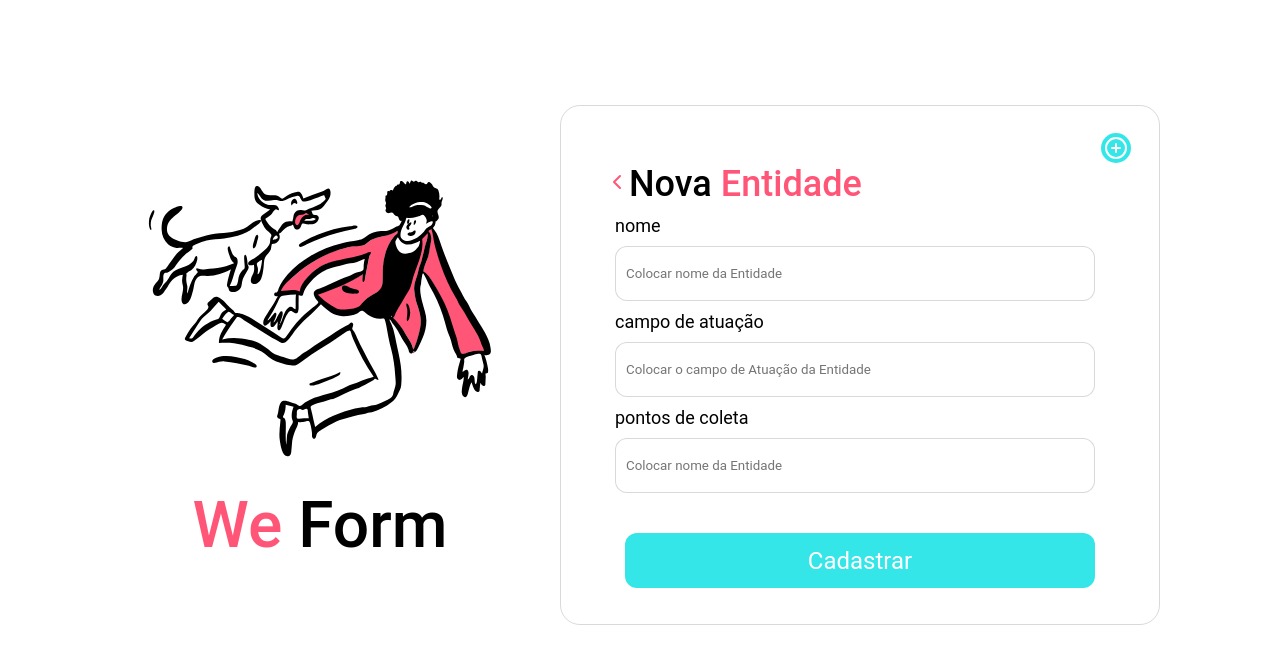
Repository: guilhermecardoso93/we-form
Page: nova-entidade.html
An editor plug-in stored every save of this project. The page is shown before and after the next save, followed by the edit.
The browser window is 1280 px wide. The pictures show the whole page.
Some web libraries are served in a nearby version.

Above is the page before, as saved 2024-06-09 18:28:51.

### nova-entidade.html
<!DOCTYPE html>
<html lang="pt-BR">

    <head>
        <meta charset="UTF-8">
        <meta name="viewport" content="width=device-width, initial-scale=1.0">
        <link rel="stylesheet"
            href="https://cdnjs.cloudflare.com/ajax/libs/font-awesome/5.13.1/css/all.min.css">
        <link rel="stylesheet" href="./styles.css">
        <title>We Form</title>
    </head>

    <body>
        <div class="content">

            <aside>
                <img src="./assets/hero.svg"
                    alt="Ilustração mulher com cachorro" />
                <h1>
                    <span>We</span> Form
                </h1>
            </aside>

            <main>
                <div class="header">
                    <a href="/">
                        <img src="./assets/arrow-back.svg" alt="seta" />
                        </a href="/">
                        <h2>Nova <span>Entidade</span></h2>
                    </div>

                    <form>
                        <label form="nome">Nome</label>
                        <input type="text"
                            placeholder="Colocar nome da Entidade" id="nome">

                        <label form="field">Campo de Atuação</label>
                        <input type="text"
                            placeholder="Colocar o campo de Atuação da Entidade"
                            id="field">

                        <div>
                            <label form="points">Pontos de coleta</label>
                            <div class="points-things">
                                <input type="text"
                                    placeholder="Colocar nome da Entidade"
                                    id="points">
                                <button>
                                    <img src="./assets/plus.svg" alt />
                                </button>
                            </div>

                        </div>
                    </form>
                    <div class="buttons">
                        <button>
                            <a href="http://">Cadastrar </a>
                        </div>

                    </main>
                </div>
            </body>

        </html>

### styles.css
* {
  padding: 0;
  margin: 0;
  box-sizing: border-box;
  font-family: Roboto, sans-serif;
}

:root {
  font-size: 62.5%;
  --border-color: .1rem solid rgba(0, 0, 0, 0.15);
}

body {
  font-size: 1.6rem;
  text-decoration: none;
}

.content {
  display: flex;
  flex-wrap: wrap-reverse;
  align-items: center;
  justify-content: center;
  gap: 4rem;
  margin: 10.5rem 0 4rem 0;
}


aside {
  display: flex;
  flex-direction: column;
  align-items: center;
  justify-content: center;
  gap: 2rem;
}

aside h1 {
  font-size: 6.4rem;
  font-weight: 500;
  line-height: 75px;
}

aside h1>span, main h2>span {
  color: #FF5678;
}

aside img {
  width: 40rem;
}


main {
  width: 60rem;
  height: 52rem;
  border: var(--border-color);
  border-radius: 20px;
  padding: 5.7rem 4.4rem;
  position: relative;
}

main h2 {
  max-width: 43rem;
  font-size: 3.6rem;
  font-weight: 500;
}

.buttons {
  display: flex;
  flex-direction: column;
  justify-content: center;
  gap: 3.5rem;
  margin: 2rem;
}


.buttons button {
  background-color: #35e6e9;
  height: 5.5rem;
  border: none;
  border-radius: 12px;
}

.buttons button:hover {
  opacity: 0.5;
}

.buttons button a {
  text-decoration: none;
  color: #fff;
  font-size: 2.4rem;
}

.buttons button+button {
  background-color: #FF5678;
}

.footer {
  display: flex;
  flex-direction: column;
  align-items: center;
  justify-content: center;
  gap: 1rem;
}

.footer p {
  font-size: 1.6rem;
  margin-top: 8rem;
}

.footer a {
  font-size: 1.2rem;
  color: #000;
  text-decoration: none;
}

main form {
  display: flex;
  flex-direction: column;
  padding: 1rem;
}

main form input {
  width: 48rem;
  height: 5.5rem;
  background-color: #ffff;
  border: var(--border-color);
  border-radius: 12px;
  padding: 1rem;
  margin-bottom: 1rem;
}


main form label {
  font-size: 1.8rem;
  font-weight: 400;
  text-transform: lowercase;
  margin-bottom: 1rem;
  display: block;
}

.header {
  display: flex;
  align-items: center;
}

.points-things {
  display: flex;
  justify-content: space-between;
  align-items: center;
  gap: 0.5rem;
}

.points-things button {
  display: flex;
  border: none;
  border-radius: 50px;
  height: 30px;
  width: 30px;
  align-items: center;
  justify-content: center;
  background-color: #35e6e9;
  position: absolute;
  right: 2.8rem;
  top: 2.7rem;

}

### assets/arrow-back.svg
<svg xmlns="http://www.w3.org/2000/svg" width="24" height="24" viewBox="0 0 24 24" fill="none" stroke="#FF5678" stroke-width="2" stroke-linecap="round" stroke-linejoin="round" class="lucide lucide-chevron-left"><path d="m15 18-6-6 6-6"/></svg>

### assets/plus.svg
<svg xmlns="http://www.w3.org/2000/svg" width="24" height="24" viewBox="0 0 24 24" fill="none" stroke="#fff" stroke-width="2" stroke-linecap="round" stroke-linejoin="round" class="lucide lucide-circle-plus"><circle cx="12" cy="12" r="10"/><path d="M8 12h8"/><path d="M12 8v8"/></svg>

After the next save:
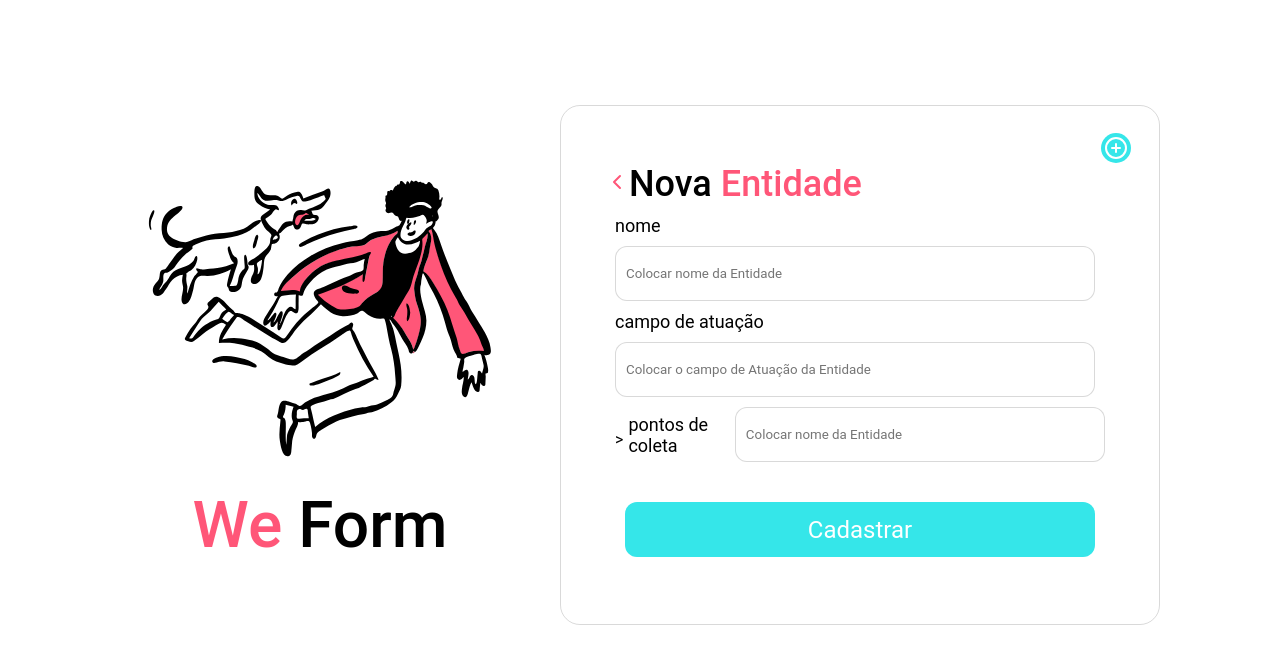
Saved 47 s later.
--- a/nova-entidade.html
+++ b/nova-entidade.html
@@ -39,16 +39,15 @@
                             placeholder="Colocar o campo de Atuação da Entidade"
                             id="field">
 
-                        <div>
+                        <div class="points-things">>
                             <label form="points">Pontos de coleta</label>
-                            <div class="points-things">
+
                                 <input type="text"
                                     placeholder="Colocar nome da Entidade"
                                     id="points">
                                 <button>
                                     <img src="./assets/plus.svg" alt />
                                 </button>
-                            </div>
 
                         </div>
                     </form>
